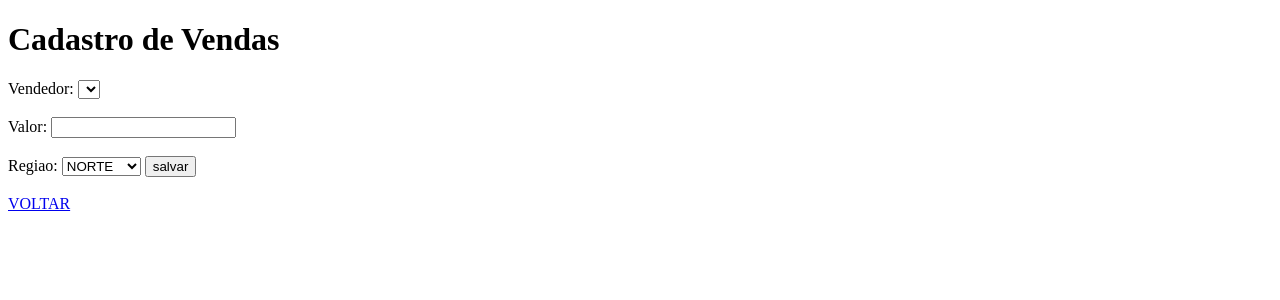
Repository: gabriellacrystina/workspaceWeb
Page: http://localhost/PrjVendas/CadastroVendas.jsp
These files come from the project's save history. The page is drawn as it stood at one moment and after the next save; the edit follows.
The browser window is 1280 px wide. The pictures show the whole page.
The page is served by Tomcat 9.

Above is the page before, as saved 2015-09-21 14:15:18.

After the next save:
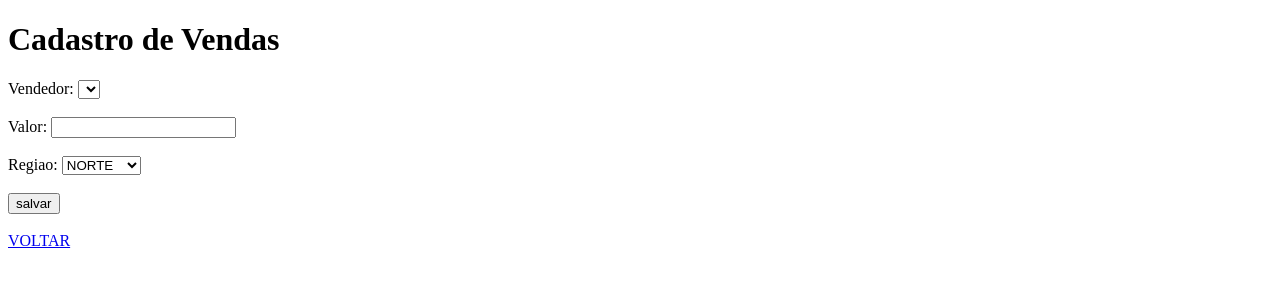
Saved 20 s later.
--- a/PrjVendas/WebContent/CadastroVendas.jsp
+++ b/PrjVendas/WebContent/CadastroVendas.jsp
@@ -40,7 +40,7 @@
 				<%
 				}
 			%>
-		</select>
+		</select><br><br>
 		<input type="submit" name="btnSubmit" value="salvar"><br><br>
 		</form>
 		<a href="Menu.jsp">VOLTAR</a><br>
